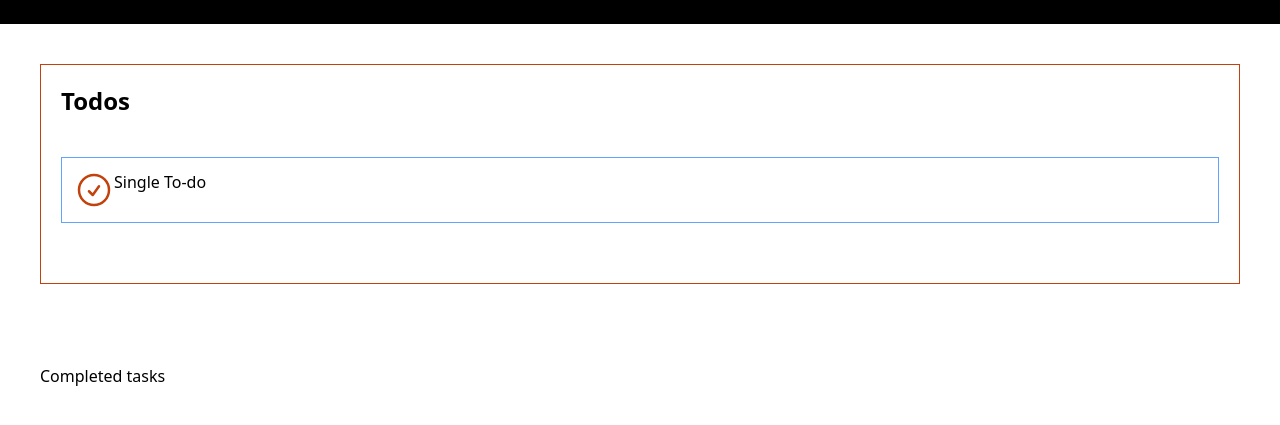
Repository: thekingisherenow/personalTodo
Page: /
The author's editor kept a copy of each file at every save. The page is drawn from the files as they stood at one save, then again after the next save.
The browser window is 1280 px wide. The pictures show the whole page.
The project was rebuilt for these pictures with package versions that can differ from the ones it lists, and the page was loaded fresh each time. The framework's server and built-in components were replaced by stand-ins that run in the browser. Also part of the build but not shown: next.config.js, styles/Home.module.css.

Above is the page before, as saved 2022-12-15 15:11:26.

### pages/index.js
import Head from 'next/head'
import Image from 'next/image'
import Completed from '../components/Completed'
import Todos from '../components/Todos'
import styles from '../styles/Home.module.css'

export default function Home() {
  return (
    <div>
      <Head>
        <title>Create Next App</title>
        <meta name="description" content="To-do App" />
        <link rel="icon" href="/favicon.ico" />
      </Head>

     <div className='bg-white'>
      <h1 className='bg-black'>Completed --Tasks</h1>
      <Todos/>
      <Completed />
     </div>
    </div>
  )
}

### components/Completed.js
import React from 'react'

function Completed() {
  return (
    <div className='p-10'>
      Completed tasks
    </div>
  )
}

export default Completed

### components/Todos.js
import React from 'react'
import Todo from './Todo'

function Todos() {
  return (
    <div className='p-5 m-10 border border-orange-700'>
      <h1 className='font-bold text-2xl'>Todos</h1>

        <Todo />

    </div>
  )
}

export default Todos

### components/Todo.js
import React from 'react'
import { CheckCircleIcon,CircleIc } from '@heroicons/react/24/outline'
import { FaRegCircle } from 'react-icons/fa';

function Todo() {
    const value = true ;

  return (
    <div className='border border-blue-400 p-3 my-10 flex'>
        { value?

            <CheckCircleIcon className=' text-orange-700 w-10 h-10 ' />:
      <FaRegCircle className='w-9 h-9' />
        }
      <span>Single To-do</span>
    </div>
  )
}

export default Todo

Loaded but not shown: pages/_app.js (common file); styles/globals.css (common file); tailwind.config.js (common file)

After the next save:
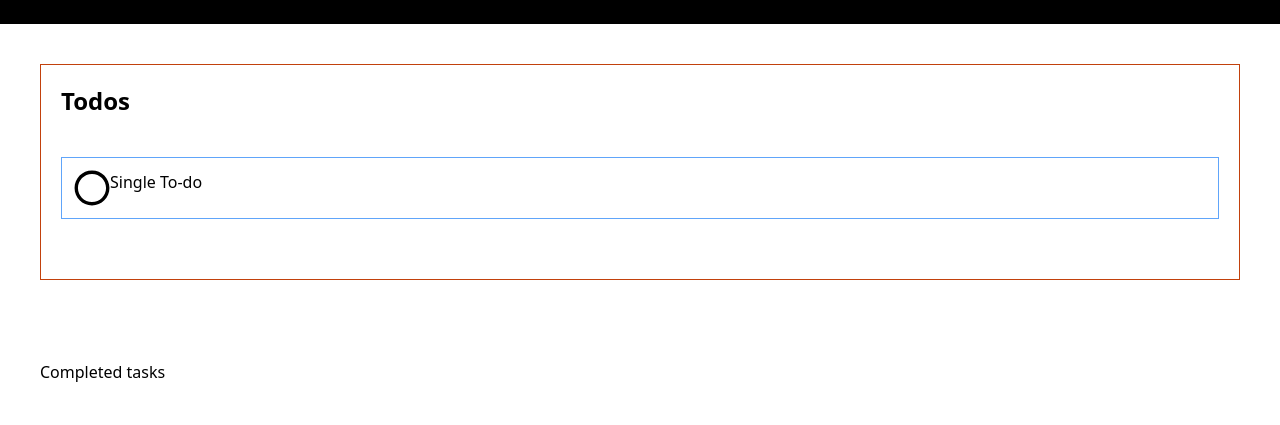
Saved 7 s later.
--- a/components/Todo.js
+++ b/components/Todo.js
@@ -3,7 +3,7 @@ import { CheckCircleIcon,CircleIc } from '@heroicons/react/24/outline'
 import { FaRegCircle } from 'react-icons/fa';
 
 function Todo() {
-    const value = true ;
+    const value = false ;
 
   return (
     <div className='border border-blue-400 p-3 my-10 flex'>
